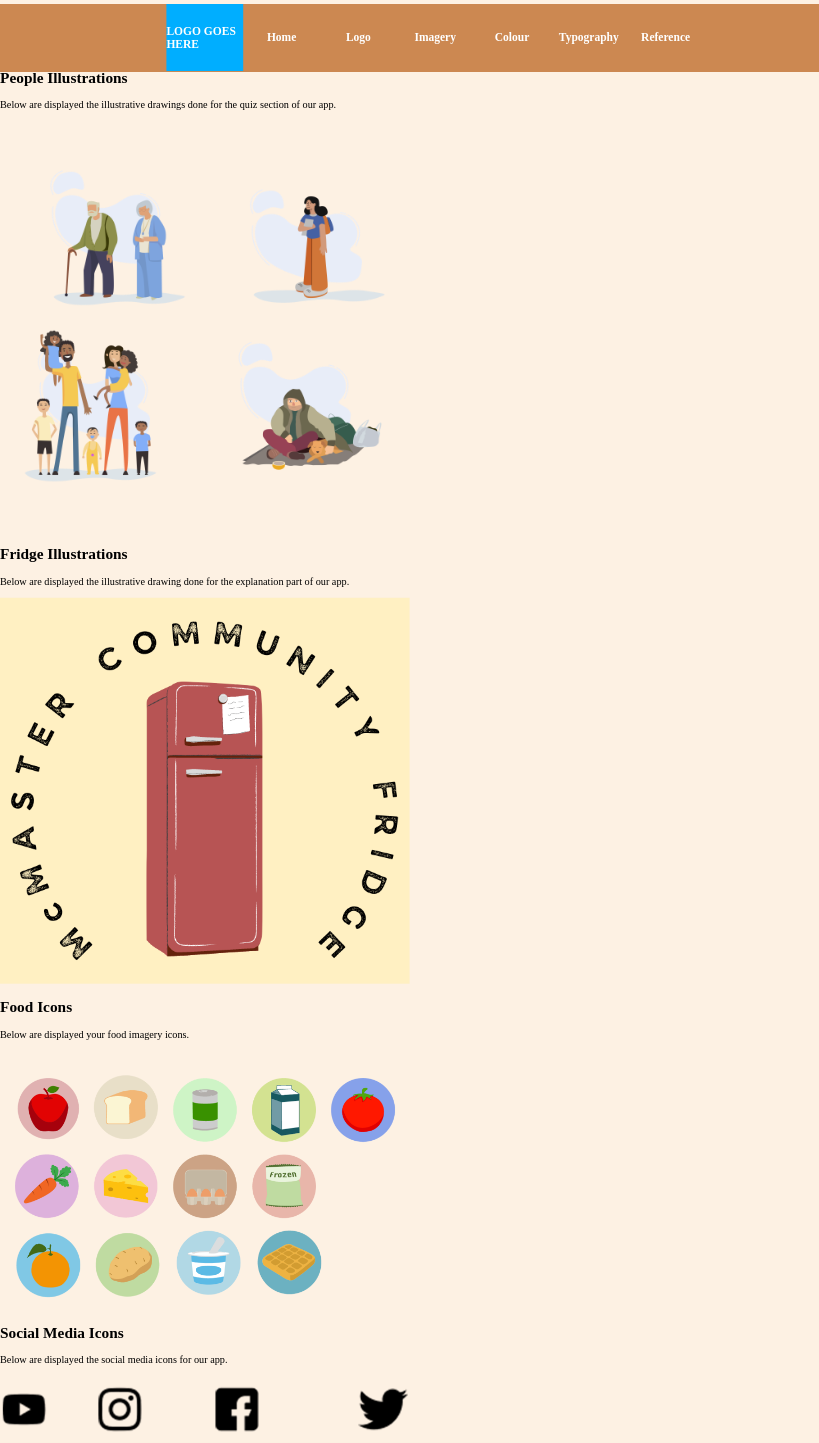
Repository: anagarango/fridgygostyle
Page: htmls/imagery.html
An editor plug-in stored every save of this project. The page is shown before and after the next save, followed by the edit.
The browser window is 1280 px wide. The pictures show the whole page, at 64% of full size.

Above is the page before, as saved 2022-03-22 23:30:20.

### htmls/imagery.html
<!DOCTYPE html>
<html lang="en">
<head>
    <meta charset="UTF-8">
    <meta http-equiv="X-UA-Compatible" content="IE=edge">
    <meta name="viewport" content="width=device-width, initial-scale=1.0">
    <title>Document</title>
    <style>
        html{
            background-color: rgb(253, 241, 227);
        }
        body{
            margin: -10px 0 0 0;
        }
        .header{
            display: flex;
            position: fixed;
            margin-top: -5px;
            background-color: rgb(204, 136, 81);
            height: 105px;
            width: 100vw;
            justify-content: center;
            align-items: center;
            z-index: 1;
        }
        .header > a {
            display: flex;
            justify-content: center;
            align-items: center;
            width: 120px;
            height: 100%;
            font-size: 18px;
            color: white;
            text-decoration: none;
            font-weight: 600;
        }
        .header > .hover:hover {
            font-size: 20px;
            background-color: #efc2a3;
            color: rgb(163, 98, 45);
            transition: 0.3s;
            font-weight: 800;
        }
        .logo {
            width: 100px;
            height: 100%;
            background-color: rgb(0, 174, 255);
        }
        .welcomeblob{
            margin: 0 0 0 -2px;
            /* background-color: black; */
            width: 90%;
        }
        /* .imagery{
            margin-top: 300px;
        } */
        .imagery_section img{
            width: 50%;
        }


    </style>
</head>
<body>
    <ul class="header">
        <a class="logo" href="index.html">LOGO GOES HERE</a>
        <a class="hover" href="index.html">Home</a>
        <a class="hover" href="logo.html">Logo</a>
        <a class="hover" href="imagery.html">Imagery</a>
        <a class="hover" href="colour.html">Colour</a>
        <a class="hover" href="typo.html">Typography</a>
        <a class="hover" href="ref.html">Reference</a>
    </ul>
    <div class="welcomeblob">
    </div>
    <div class="imagery_section">
     <div class= "imagery">

        <h1>Imagery</h1>
        <p> We have divided our imagery elements into four categories to express the separation of these elements for their corresponding area. </p>
    </div>

    <div class="people_section">
        <h2>People Illustrations</h2>
    <p> Below are displayed the illustrative drawings done for the quiz section of our app.</p>
    <img src="../imgs/people.png">
    </div>
    <div class="fridge_section">
        <h2>Fridge Illustrations</h2>
 <p>Below are displayed the illustrative drawing done for the explanation  part of our app.</p>
 <img src="../imgs/fridge.png">

 </div>
 <div class="food_icon_section">
     <h2>Food Icons</h2>
 <p> Below are displayed your food imagery icons.</p>
 <img src="../imgs/food_icons.png">
</div>

<div class="social_icon_section">
<h2>Social Media Icons</h2>
<p>Below are displayed the social media icons for our app.</p>
<img src="../imgs/social_icons.png">
</div>
</div>
</body>
</html>

After the next save:
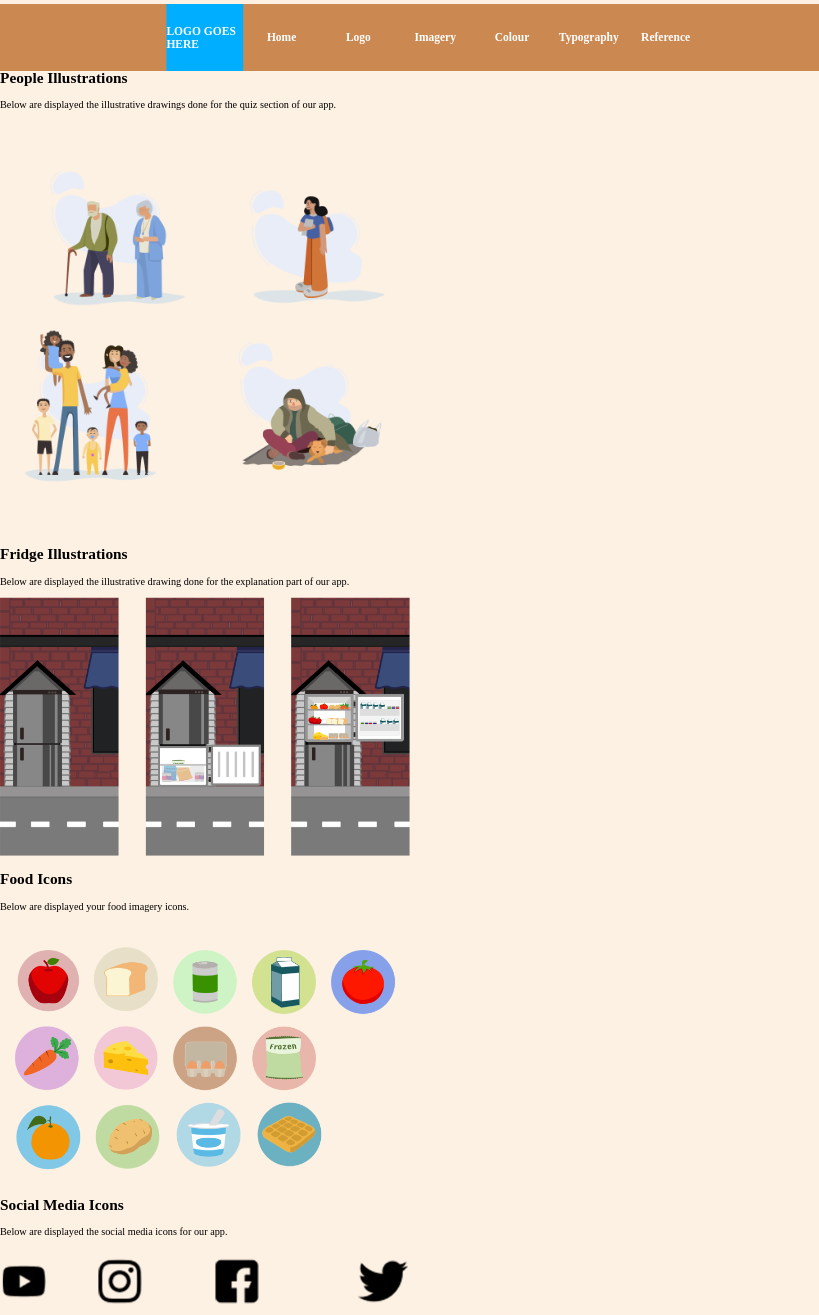
Saved 65 s later.
--- a/htmls/imagery.html
+++ b/htmls/imagery.html
@@ -88,7 +88,7 @@
     <div class="fridge_section">
         <h2>Fridge Illustrations</h2>
  <p>Below are displayed the illustrative drawing done for the explanation  part of our app.</p>
- <img src="../imgs/fridge.png">
+ <img src="../imgs/fridges.png">
 
  </div>
  <div class="food_icon_section">
